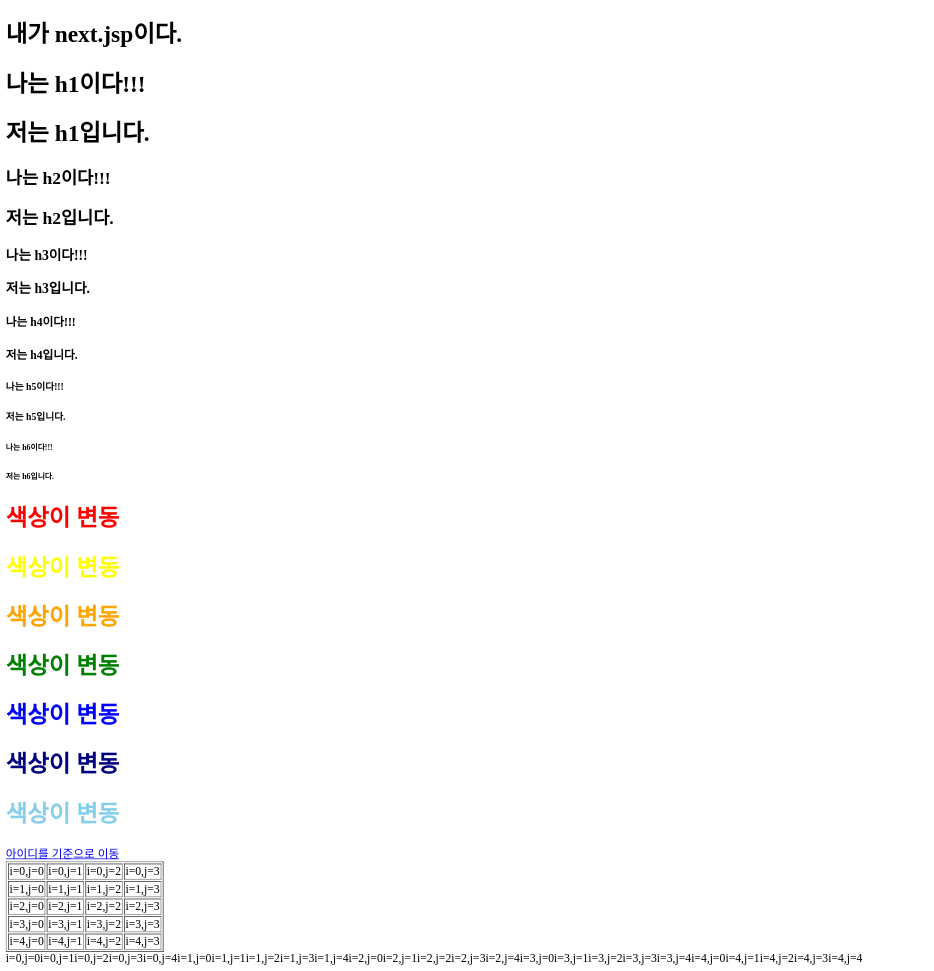
Repository: to-flatwhite1/JSP
Page: http://localhost/JSP07/next.jsp
These files come from the project's save history. The page is drawn as it stood at one moment and after the next save; the edit follows.
The browser window is 1280 px wide. The pictures show the whole page, at 73% of full size.
The page is served by Tomcat 9.

Above is the page before, as saved 2024-05-16 04:28:29.

### JSP07/src/main/webapp/next.jsp
<%@ page language="java" contentType="text/html; charset=utf-8"
    pageEncoding="utf-8"%>
<!DOCTYPE html>
<html>
	<head>
		<meta charset="utf-8">
		<title>for문의 사용예시</title>
		<style>

		</style>
	</head>
	<body>
		<h1 id="start">내가 next.jsp이다.</h1>
		<%
			for(int i=1; i<7; i++){
		%>
				<h<%=i %>>나는 h<%=i %>이다!!!</h<%=i %>>
		<%
			out.print("<h"+i+">저는 h"+i+"입니다.</h"+i+">");
			}
		%>

		<%
			String color="";
			for(int i=0; i<=6; i++){
				switch(i%7){
				case 0:color="red";
					break;
				case 1:color="yellow";
					break;
				case 2:color="orange";
					break;
				case 3:color="green";
					break;
				case 4:color="blue";
					break;
				case 5:color="navy";
					break;
				case 6:color="skyblue";
					break;
				case 7:color="purple";
					break;
				}
			%><h1 style="color:<%=color %>;">색상이 변동</h1><%

			}
			%>
			<a href="#start">아이디를 기준으로 이동</a>
			<table border=1>
				<tr>
					<td>i=0,j=0</td>
					<td>i=0,j=1</td>
					<td>i=0,j=2</td>
					<td>i=0,j=3</td>
				</tr>
				<tr>
					<td>i=1,j=0</td>
					<td>i=1,j=1</td>
					<td>i=1,j=2</td>
					<td>i=1,j=3</td>
				</tr>
				<tr>
					<td>i=2,j=0</td>
					<td>i=2,j=1</td>
					<td>i=2,j=2</td>
					<td>i=2,j=3</td>
				</tr>
				<tr>
					<td>i=3,j=0</td>
					<td>i=3,j=1</td>
					<td>i=3,j=2</td>
					<td>i=3,j=3</td>
				</tr>
				<tr>
					<td>i=4,j=0</td>
					<td>i=4,j=1</td>
					<td>i=4,j=2</td>
					<td>i=4,j=3</td>
				</tr>
			</table>

			<%
				for(int i=0; i<5; i++){
					for(int j=0; j<5; j++){
						out.print("<tr><td>i="+i+",j="+j+"</td></tr>");
					}

				}
			%>

	</body>
</html>

After the next save:
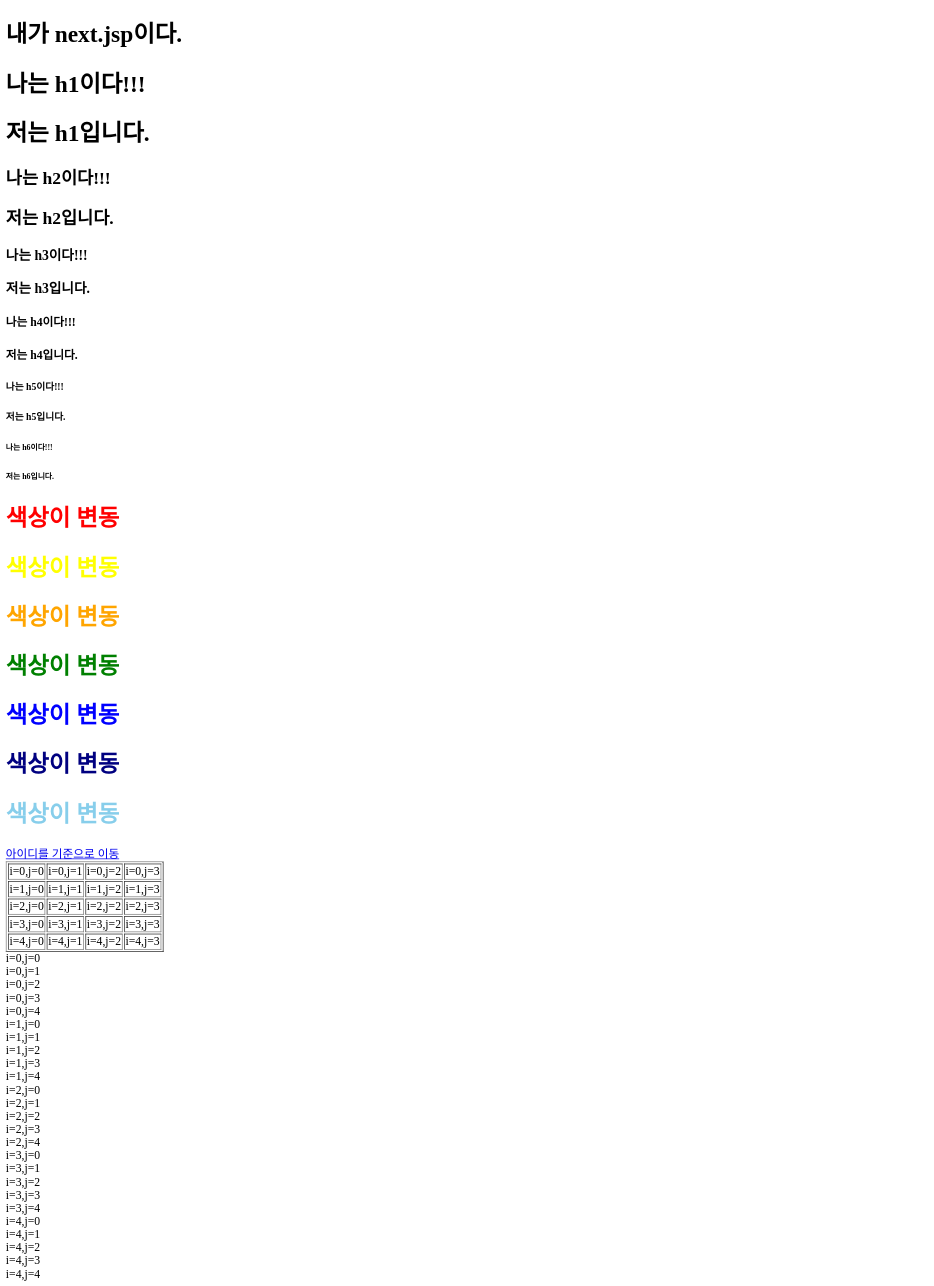
Saved 27 s later.
--- a/JSP07/src/main/webapp/next.jsp
+++ b/JSP07/src/main/webapp/next.jsp
@@ -82,7 +82,7 @@
 			<%
 				for(int i=0; i<5; i++){
 					for(int j=0; j<5; j++){
-						out.print("<tr><td>i="+i+",j="+j+"</td></tr>");
+						out.print("<tr><td>i="+i+",j="+j+"</td></tr>"+"<br>");
 					}
 
 				}
